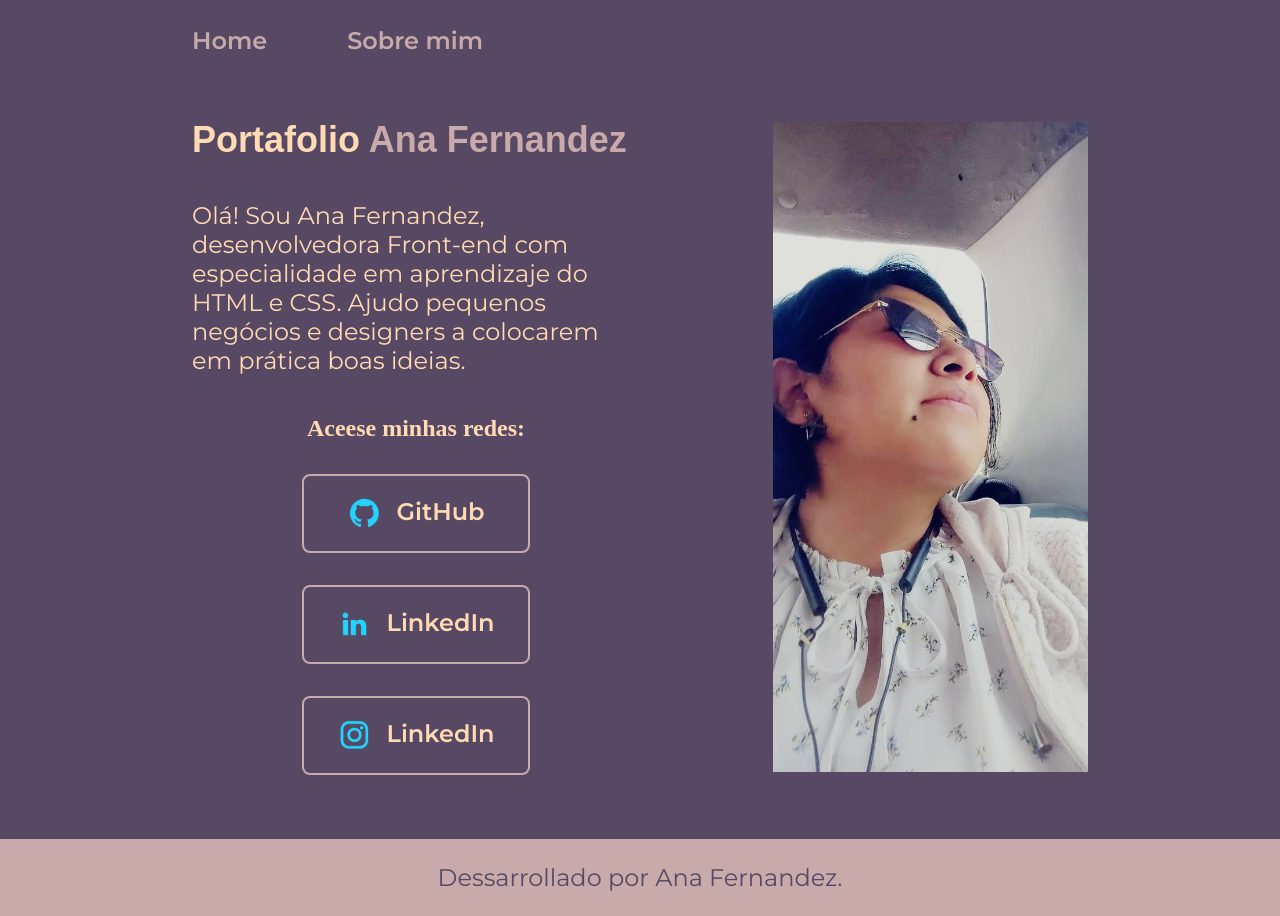
Repository: AnaFzCz/Portifolio-HTML-CSS-dinamico
Page: index.html
An editor plug-in stored every save of this project. The page is shown before and after the next save, followed by the edit.
The browser window is 1280 px wide. The pictures show the whole page.
Some web fonts or font styles are not loaded; a fallback is used.

Above is the page before, as saved 2025-02-11 10:39:27.

After the next save:
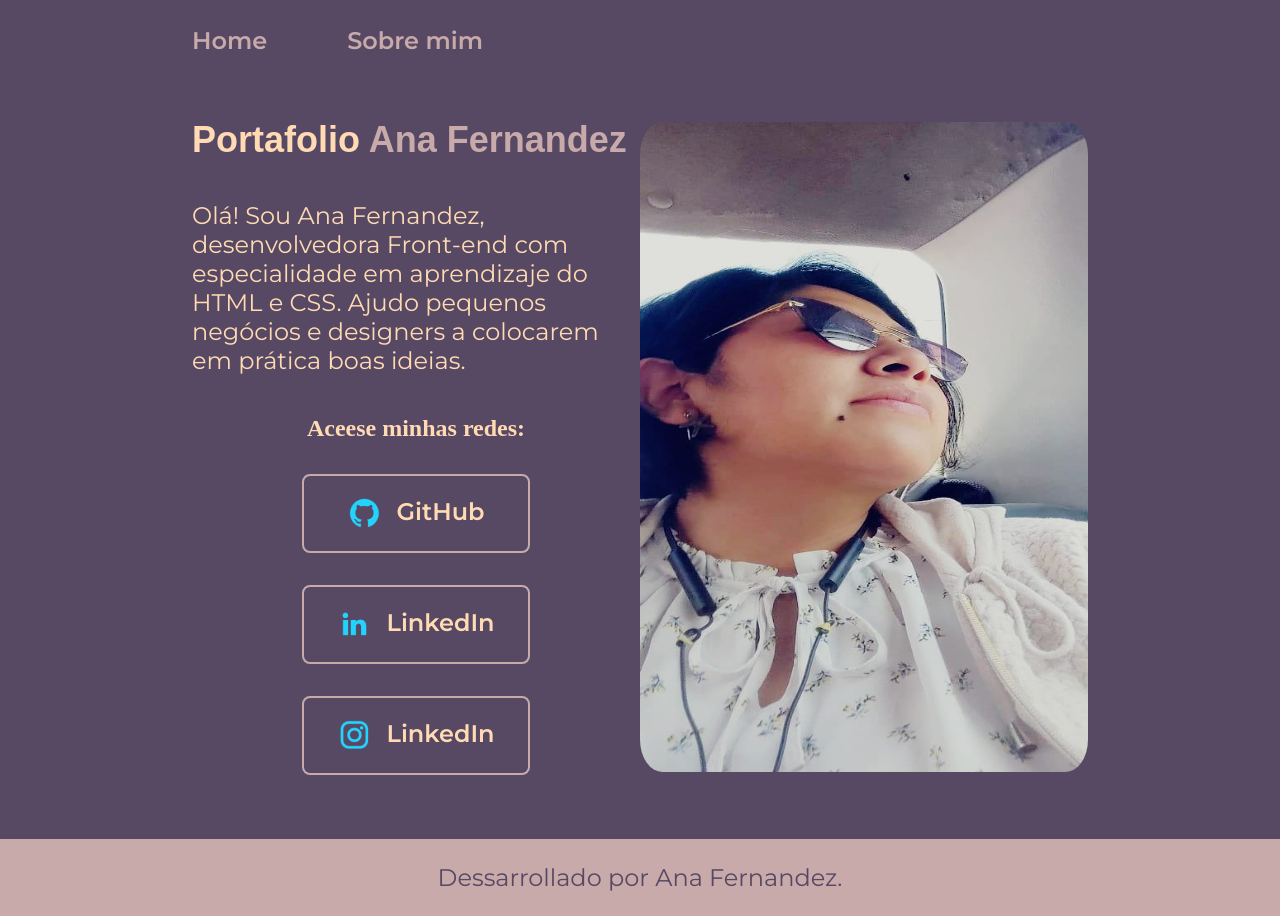
Saved 43 s later.
--- a/index.html
+++ b/index.html
@@ -41,7 +41,7 @@
             </div>
 
         </section>
-        <img src="/assets/Imagen-Ana.jpg" alt="Foto da Joana Santos programando" height="650" >
+        <img class="apresentacao__imgem" src="/assets/Imagen-Ana.jpg" alt="Foto da Joana Santos programando" height="650" >
     </main>
     <footer class="rodape">
         <p>
